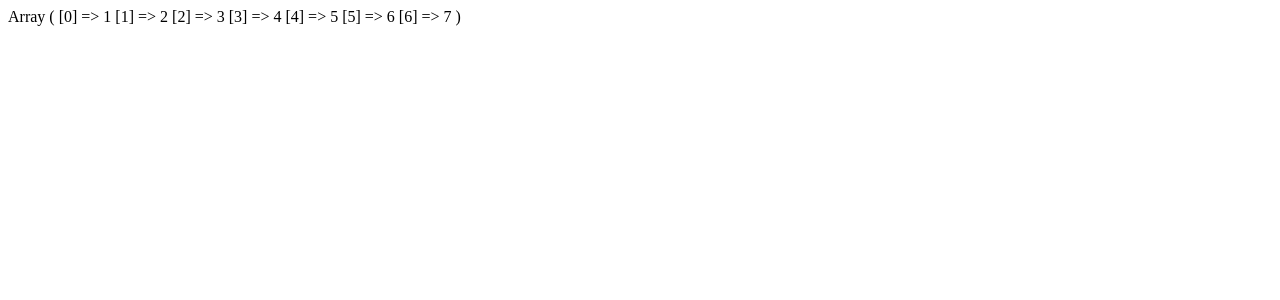
Repository: wangying713/algo
Page: http://localhost/test/0222/Bubble.php
The author's editor kept a copy of each file at every save. The page is drawn from the files as they stood at one save, then again after the next save.
The browser window is 1280 px wide. The pictures show the whole page.
The page is run by PHP 8.4 with error messages shown; the project is at /var/www/html/.

Above is the page before, as saved 2020-02-22 09:58:15.

After the next save:
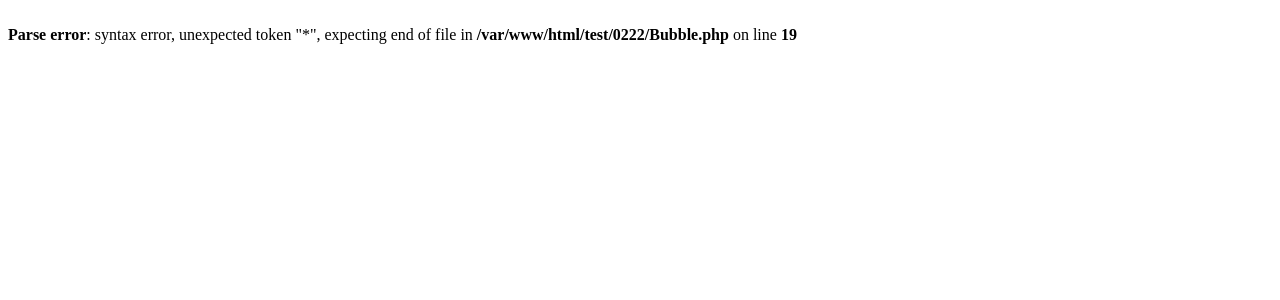
Saved 38 s later.
--- a/test/0222/Bubble.php
+++ b/test/0222/Bubble.php
@@ -1,6 +1,21 @@
 <?php
 /**
+ * /**
  * 冒泡排序
+ *  算法步骤：
+ *      1. 相邻的元素比较，当满足大小关系的时候，交换位置。一次排序，至少有一个元素会出现在应该出现的位置
+ *      2. 冒泡排序的操作是两个原子，比较和交换
+ *  复杂度：
+ *      1. 时间复杂度O(n2)
+ *      2. 由于是原地排序时间复杂度位 O(1)
+ *      3. 没有改变相同值的顺序，因此是稳定算法
+ *
+ *   优化：
+ *      1. 当没有数据交换时，代表已经有序，则跳出循环
+ *      2. 每次排序之后都会有临界点，范围定在循环指定临界点
+ *
+ */
+
  *
  * @param array $nums
  * @return void

After the 2 saves that followed:
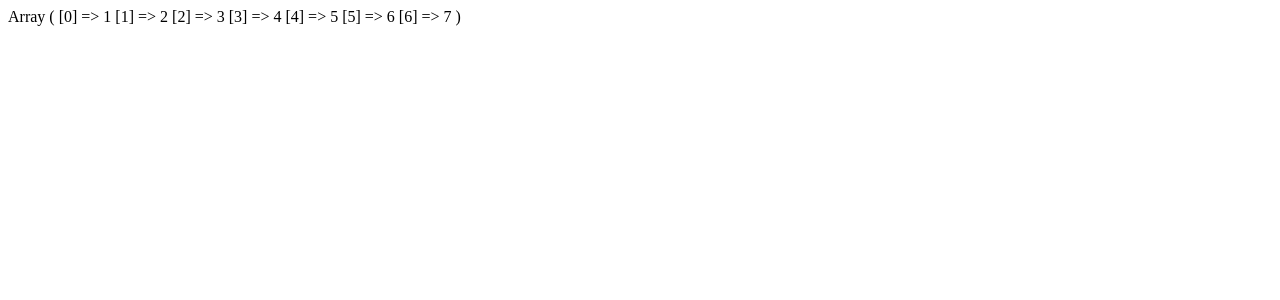
The 2 saves are shown as one change because they came seconds apart.
The last was saved 14 s later.
--- a/test/0222/Bubble.php
+++ b/test/0222/Bubble.php
@@ -1,6 +1,5 @@
 <?php
 /**
- * /**
  * 冒泡排序
  *  算法步骤：
  *      1. 相邻的元素比较，当满足大小关系的时候，交换位置。一次排序，至少有一个元素会出现在应该出现的位置
@@ -13,9 +12,6 @@
  *   优化：
  *      1. 当没有数据交换时，代表已经有序，则跳出循环
  *      2. 每次排序之后都会有临界点，范围定在循环指定临界点
- *
- */
-
  *
  * @param array $nums
  * @return void
